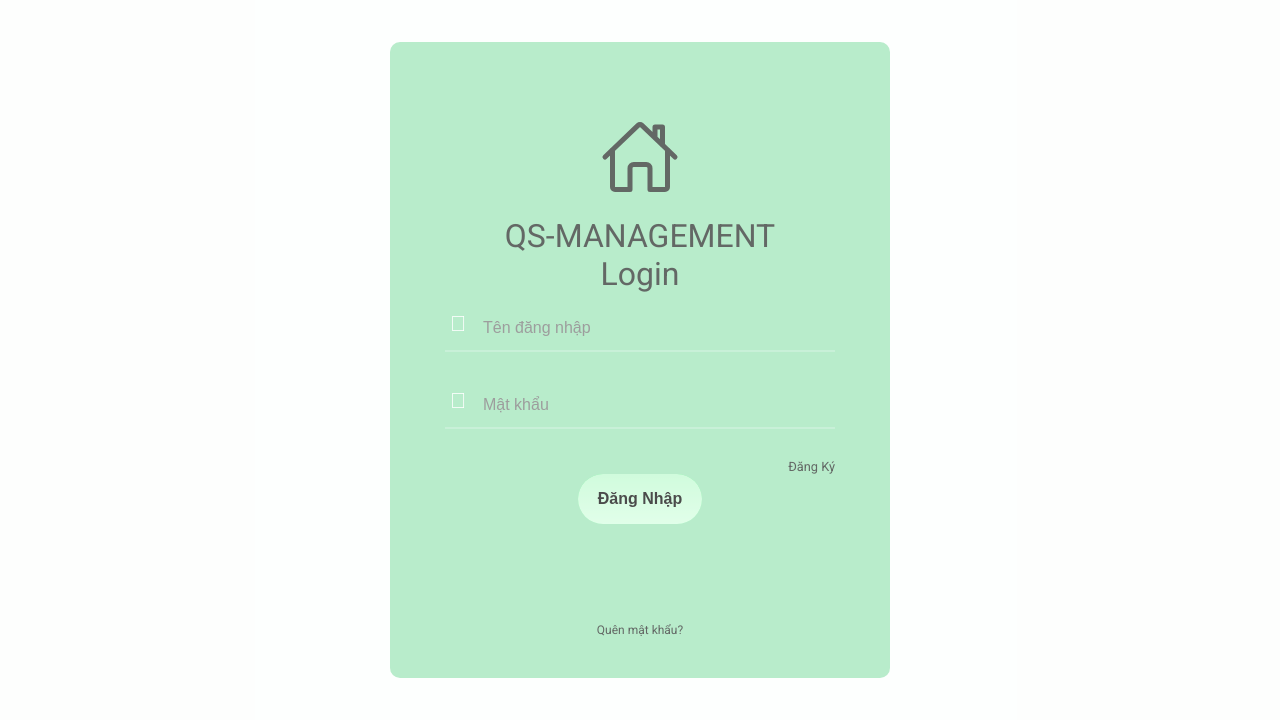
Repository: NguyenVietPhuQuy/Project2-login
Page: index.html
An editor plug-in stored every save of this project. The page is shown before and after the next save, followed by the edit.
The browser window is 1280 px wide. The pictures show the whole page.
The page's requests for data from a server got no answer. Some web libraries are served in a nearby version.

Above is the page before, as saved 2022-11-04 14:19:11.
Not found: admin/img/background.jpg

### index.html
<!DOCTYPE html>
<html lang="en">

<head>
    <meta charset="UTF-8">
    <meta http-equiv="X-UA-Compatible" content="IE=edge">
    <meta name="viewport" content="width=device-width, initial-scale=1.0">
    <title>HOANG KY MEMBERS</title>
    <!--css-->
    <link rel="stylesheet" href="css/login.css">
    <!--fontAwesome--->
    <link rel="stylesheet" href="https://cdnjs.cloudflare.com/ajax/libs/font-awesome/6.2.0/css/all.min.css"
        integrity="sha512-xh6O/CkQoPOWDdYTDqeRdPCVd1SpvCA9XXcUnZS2FmJNp1coAFzvtCN9BmamE+4aHK8yyUHUSCcJHgXloTyT2A=="
        crossorigin="anonymous" referrerpolicy="no-referrer" />
</head>

<body>
    <div class="login " id="login">
        <div class="container loginform">
            <div class="loginform__wrap">
                <form class="login-form">

                    <div class="loginform__logo">
                        <ion-icon name="home-outline"></ion-icon>
                    </div>

                    <header class="Loginform__header">
                        QS-MANAGEMENT<br /> Login
                    </header>

                    <div class="loginform__input">
                        <input class="input" type="text" name="username" placeholder="Tên đăng nhập" id="account__login">
                        <span class="focus-input" data-placeholder="&#xf071;"></span>
                        <span class="validate__login" id="validate__account" style="display: none;"></span>

                    </div>

                    <div class="loginform__input" data-validate="Enter password">
                        <input class="input" type="password" name="pass" placeholder="Mật khẩu" id="account__password">
                        <span class="focus-input" data-placeholder="&#xf200;"></span>
                        <span class="validate__login" id="validate__password" style="display: none;"></span>
                    </div>

                    <div class="loginform_signup" onclick="" id="register">
                        <p>Đăng Ký</p>
                    </div>

                    <div class="loginform_signin">
                        <button class="btn_signin" onclick="checkLogin()">
                            Đăng Nhập
                        </button>
                    </div>

                    <div class="text-center p-t-90">
                        <a href="#">
                            Quên mật khẩu?
                        </a>
                    </div>
                </form>
            </div>
            <!--================================  Modal ======================================-->
            <section class="modal__container section" id="modal-container">
                <div class="container">
                    <div class="modal">
                        <div class="modal__header">
                            <h2>Đăng kí tài khoản</h2>
                        </div>
                        <button class="modal__delete" id="closeModal"><i
                                class="fa-sharp fa-solid fa-circle-xmark"></i></button>
                        <div class="modal__body">
                            <form class="modal__form">

                                <div class="modal__input">
                                    <input class="input" type="text" name="" placeholder="Tên đăng nhập"
                                        id="modal__ID" style="display:none" >
                                    <span id="modal__spanID" style="display:none"></span>
                                </div>

                                <div class="modal__input">
                                    <input class="input" type="text" name="" placeholder="Tên đăng nhập"
                                        id="modal__account">
                                    <span class="focus-input" data-placeholder="&#xf071;"></span>
                                    <span id="modal__spanaccount" style="display:none"></span>
                                </div>

                                <div class="modal__input">
                                    <input class="input" type="password" name="" placeholder="Mật khẩu"
                                        id="modal__password">
                                    <span class="focus-input" data-placeholder="&#xf071;"></span>
                                    <span id="modal__spanpassword" style="display:none"></span>
                                </div>

                                <div class="modal__input">
                                    <input class="input" type="password" name="username" placeholder="Xác nhận mật khẩu"
                                        id="modal__repassword">
                                    <span class="focus-input" data-placeholder="&#xf071;"></span>
                                    <span id="modal__spanrepassword" style="display:none"></span>
                                </div>

                                <div class="modal__input">
                                    <input class="input" type="text" name="" placeholder="nhập Gmail"
                                        id="modal__gmail">
                                    <span class="focus-input" data-placeholder="&#xf071;"></span>
                                    <span id="modal__spangmail" style="display:none" ></span>
                                </div>
                            </form>
                            <div class="loginform_signin">
                                <button class="btn_signin " onclick="createMemberHK()">Đăng Kí</button>
                            </div>
                        </div>
                    </div>
                </div>
            </section>
        </div>
    </div>
    <script type="module" src="https://unpkg.com/ionicons@5.5.2/dist/ionicons/ionicons.esm.js"></script>
    <script nomodule src="https://unpkg.com/ionicons@5.5.2/dist/ionicons/ionicons.js"></script>
    <script src="https://cdnjs.cloudflare.com/ajax/libs/bootstrap/5.2.2/js/bootstrap.min.js"
        integrity="sha512-5BqtYqlWfJemW5+v+TZUs22uigI8tXeVah5S/1Z6qBLVO7gakAOtkOzUtgq6dsIo5c0NJdmGPs0H9I+2OHUHVQ=="
        crossorigin="anonymous" referrerpolicy="no-referrer"></script>
    <script src="https://cdnjs.cloudflare.com/ajax/libs/axios/1.1.3/axios.min.js"
        integrity="sha512-0qU9M9jfqPw6FKkPafM3gy2CBAvUWnYVOfNPDYKVuRTel1PrciTj+a9P3loJB+j0QmN2Y0JYQmkBBS8W+mbezg=="
        crossorigin="anonymous" referrerpolicy="no-referrer"></script>
    <script src="js/loginfunction.js"></script>
    <script src="js/login.js"></script>
</body>

</html>

### css/login.css
@import url('https://fonts.googleapis.com/css2?family=Roboto:wght@400;500;700&display=swap');

/** Variable-Css**/
:root {
    --header-height: 3rem;
    /*======= CoLors ========*/
    /*change favourite color*/

    --hue-color: 142;
    /*Purle 250 - Green 142 - Blue 230 -Pink 340*/
    --first-color: hsl(var(--hue-color), 69%, 61%);
    --first-color-second: hsl(var(--hue-color), 69%, 61%);
    --first-color-alt: hsl(var(--hue-color), 57%, 53%);
    --first-color-lighter: hsl(var(--hue-color), 92%, 85%);
    --title-color: hsl(var(--hue-color), 8%, 15%);
    --text-color: hsl(var(--hue-color), 8%, 85%);
    --text-color-light: hsl(var(--hue-color), 8%, 100%);
    --input-color: hsl(var(--hue-color), 70%, 96%);
    --body-color: hsl(var(--hue-color), 60%, 99%);
    --container-color: #fff;


    /*Font and typography*/
    --body-font: 'Roboto', sans-serif;

    /* .5rem=8px, 1rem=16px, 1.5rem=24px, 2rem=32px,.. */

    --big-font-size: 2rem;
    --h1-font-size: 1.5rem;
    --h2-font-size: 1.25rem;
    --h3-font-size: 1.125rem;
    --normal-font-size: .938rem;
    --small-font-size: .813rem;
    --smaller-font-size: .75rem;


    /*Font-Weight*/
    --font-medium: 500;
    --font-semi-bold: 600;

    /*Margin Bottom*/
    /* .5rem=8px, 1rem=16px, 1.5rem=24px, 2rem=32px,.. */
    --mb-0-25: .25rem;
    --mb-0-50: .5rem;
    --mb-0-75: .75rem;
    --mb-1: 1rem;
    --mb-1-5: 1.5rem;
    --mb-2: 2rem;
    --mb-2-5: 2.5rem;
    --mb-3: 3rem;
    /* Z-index*/
    --z-tooltip: 10;
    --z-fixed: 100;
    --z-modal: 1000;


}

/*Font Size for large devices*/
@media screen and(min-width:968px) {
    :root {
        --big-font-size: 3rem;
        --h1-font-size: 2.25rem;
        --h2-font-size: 1.5rem;
        --h3-font-size: 1.25rem;
        --normal-font-size: 1rem;
        --small-font-size: .875rem;
        --smaller-font-size: .813rem;
    }
}

/*BASE*/
* {
    box-sizing: border-box;
    padding: 0;
    margin: 0;
}

html {
    scroll-behavior: smooth;
}

body {
    margin: 0 auto;
    font-family: var(--body-font);
    font-size: var(--normal-font-size);
    background-color: var(--body-color);
    color: var(--text-color);
}

h1,
h2,
h3,
h4 {
    color: var(--title-color);
    font-weight: var(--font-semi-bold);
}

ul {
    list-style: none;
}

a {
    text-decoration: none;
}

img {
    max-width: 100%;
    height: auto;
}

/****================REUSABLE CSS CLASSES========================****/
.section {
    padding: 2rem 0 4rem;
}

.section__title {
    font-size: var(--h1-font-size);
}

.section__subtitle {
    display: block;
    font-size: var(--small-font-size);
    margin-bottom: var(--mb-3);
}

.section__title,
.section__subtitle {
    text-align: center;
}

/****========================LAYOUT=============================****/
.container {
    width: 1280px;
    margin: 0 auto;
}

.grid {
    display: grid;
    gap: 1.5rem;
}

.header {
    width: 100%;
    position: fixed;
    bottom: 0;
    left: 0;
    z-index: var(--z-fixed);
    background-color: var(--body-color);
}

/****========================LOGIN=============================****/
.login {
    width: 100%;
    margin: 0 auto;
}

.loginform {
    background-image: url(/admin/img/background.jpg);
    background-repeat: no-repeat;
    background-position: center;
    background-size: cover;
    position: relative;
    z-index: 1;
    width: 100%;
    min-height: 100vh;
    display: flex;
    flex-wrap: wrap;
    justify-content: center;
    align-items: center;
    padding: 15px;
    flex-direction: column;
}

.loginform:before {
    content: "";
    display: block;
    position: absolute;
    z-index: -1;
    width: 100%;
    height: 100%;
    top: 0;
    left: 0;
    background-color: rgba(255, 255, 255, 0.468);
}

.loginform__wrap {
    width: 500px;
    border-radius: 10px;
    overflow: hidden;
    padding: 55px 55px 37px 55px;
    color: var(--text-color);
    background: hsl(var(--hue-color), 57%, 75%);
    opacity: 0.7;

}

/* Form */

.loginform__logo {
    font-size: 5rem;
    align-items: center;
    justify-content: center;
    display: flex;
    width: 120px;
    height: 120px;
    border: 50%;
    margin: 0 auto;
    color: var(--title-color);
}

.Loginform__header {
    color: var(--title-color);
    font-size: 2rem;
    text-align: center;
    margin-bottom: var(--mb-0-75);
}

/*Input*/
.loginform__input {
    width: 100%;
    position: relative;
    border-bottom: 2px solid rgba(255, 255, 255, 0.24);
    margin-bottom: 30px;
}

.loginform__input .input {
    font-size: 1rem;
    color: var(--title-color);
    line-height: 1.2;
    display: block;
    width: 100%;
    height: 45px;
    background: transparent;
    padding: 0 5px 0 38px;
    border: none;
    outline: none;
}

.loginform__input .input:focus {
    padding-left: 5px;
    transition: 0.3s;
}

.focus-input {
    position: absolute;
    display: block;
    width: 100%;
    height: 100%;
    top: 0;
    left: 0;
    pointer-events: none;
}

.focus-input::before {
    content: "";
    display: block;
    position: absolute;
    bottom: -2px;
    left: 0;
    width: 0;
    height: 2px;
    transition: all 0.4s;
    background: #fff;
}

.focus-input::after {
    font-size: 22px;
    color: #fff;
    content: attr(data-placeholder);
    display: block;
    width: 100%;
    position: absolute;
    top: 6px;
    left: 0px;
    padding-left: 5px;
    transition: all 0.4s;
}

.input:focus+.focus-input::after {
    top: -22px;
    font-size: 18px;
}

.input:focus+.focus-input::before {
    width: 100%;
}

.loginform_signup {
    text-align: right;
    color: var(--title-color);
    font-size: 0.8rem;
    cursor: pointer;
}

.loginform_signup p:hover {
    color: var(--text-color-light);
    transition: all 0.4s;
}

.text-center {
    padding-top: 6rem;
    text-align: center;
    color: var(--title-color);
}

.loginform_signin {
    display: flex;
    justify-content: center;
    align-items: center;
}

.btn_signin {
    cursor: pointer;
    font-size: 1rem;
    display: flex;
    padding: 0 20px;
    min-width: 120px;
    height: 50px;
    border-radius: 25px;
    background: -webkit-linear-gradient(bottom, #75ff9c, #24ef5e);
    position: relative;
    z-index: 1;
    justify-content: center;
    align-items: center;
    transition: all 0.4s;
    border: none;
    font-weight: var(--font-semi-bold)
}

.btn_signin::before {
    content: "";
    display: block;
    position: absolute;
    z-index: -1;
    width: 100%;
    height: 100%;
    border-radius: 25px;
    background-color: #fff;
    top: 0;
    left: 0;
    opacity: 0.7;
    transition: all 0.4s;
}

.btn_signin:hover {
    color: var(--text-color-light);
}

.btn_signin:hover:before {
    opacity: 0;
}


/*button*/
a {
    font-size: 0.75rem;
    line-height: 1.7;
    color: var(--title-color);
    margin: 0px;
    transition: all 0.4s;
}

a:hover {
    color: var(--text-color-light);
}

/*=========================== Modal =====================================*/
.modal__container {
    height: 100vh;
    background-color: rgba(0, 0, 0, 0.5);
    width: 100%;
    position: fixed;
    top: 0;
    left: 0;
    justify-content: center;
    align-items: center;
    display: flex;
    opacity: 0;
    pointer-events: none;
    transition: all 0.4s;
}

.modal__active {
    opacity: 1;
    pointer-events: all;
}

.modal__transition {
    transition: 0.4s;
}

.modal {
    background: hsl(var(--hue-color), 57%, 70%);
    opacity: 1;
    width: 500px;
    position: relative;
    left: 50%;
    transform: translateX(-50%);
    border-radius: 10px;
    padding: 55px 55px 37px 55px;
}

.modal__header {
    color: var(--title-color);
    font-size: 1.5rem;
    text-align: center;
    padding-top: 1.5rem;
    padding-bottom: 1rem;

}

.modal .modal__delete {
    font-size: 1.5rem;
    display: inline-block;
    position: fixed;
    top: 10px;
    right: 10px;
    background-color: transparent;
    border: none;
    cursor: pointer;
}

.modal__delete i {
    color: var(--text-color-light);
    transition: all 0.4s;
}

.modal__delete i:hover {
    color: var(--title-color);
}

.modal__input {
    width: 100%;
    position: relative;
    border-bottom: 2px solid rgba(255, 255, 255, 0.24);
    margin-bottom: 30px;
}

.modal__input .input {
    font-size: 1rem;
    color: var(--title-color);
    line-height: 1.2;
    display: block;
    width: 100%;
    height: 45px;
    background: transparent;
    padding: 0 5px 0 38px;
    border: none;
    outline: none;
}
.modal__input .input:focus {
    padding-left: 5px;
    transition: 0.3s;
}

### js/loginfunction.js

var memberAccount = function (idHK, nameHK, passwordHK, emailHK) {
    this.id = idHK;
    this.nameMember = nameHK;
    this.passwordMember = passwordHK,
    this.emailMember = emailHK;
}
// }

### js/login.js
/**------------------------------- SHOW POP-UP -------------------------------**/
//Modal SHOW  DOM///
var modal = document.getElementById('modal-container')
var registerClick = document.getElementById('register');
var closeModal = document.getElementById('closeModal')

// //===Modal Show==//
if (registerClick) {
    registerClick.addEventListener('click', () => {
        modal.classList.add('modal__active')
        modal.classList.remove('modal__transition')
    })
}
// //==Modal hidden==//
if (closeModal) {
    closeModal.addEventListener('click', () => {
        modal.classList.remove('modal__active')
        modal.classList.add('modal__transition')
    })
}

/**------------------------------- Call API to get Data  -------------------------------**/

var account = [];
async function getAPImember() {
    await axios({
        url: `https://635205159d64d7c7130c9c5f.mockapi.io/members`,
        method: "GET",
    })
        .then(function (response) { account = mapData(response.data); console.log(account) })
        .catch(function (err) { console.log(err) });
}

function checkLogin() {
    accountCheck = document.getElementById('account__login').value;
    passwordCheck = document.getElementById('account__password').value;
    for (let i = 0; i < account.length; i++) {
        var list = account[i];
        if (accountCheck === list.nameMember && passwordCheck === list.passwordMember) { window.location.href = "https://project2-cyber-soft-qtk9.vercel.app/"; alert('successful login'); break }
        else {
            return alert('failed to login');
        }
    }
    // account.forEach(account => {
    //     if (account.nameMember === accountCheck && account.passwordMember === passwordCheck)
    //     {window.location.href = "../Index.html"; alert('suscess');}
    //     return
    // });
}

// nếu có data có phương thức thì xài mapData để chuyển từ string về lại value
function mapData(replaceList) {
    var replaceEmployee = []
    for (var i = 0; i < replaceList.length; i++) {
        var replace = replaceList[i]
        var result = new memberAccount(
            replace.idMember,
            replace.nameMember,
            replace.passwordMember,
            replace.emailMember,
        )
        replaceEmployee.push(result);
    }
    return replaceEmployee;
}


/**------------------------------- Register Account and request back to API to Back-End Data  -------------------------------**/

function createMemberHK() {
    let validate =validateForm();
    if(!validate) return;
    let idHK = document.getElementById('modal__ID').value;
    let accountHK = document.getElementById('modal__account').value;
    let passwordHK = document.getElementById('modal__password').value;
    let rePasswordHK = document.getElementById('modal__repassword').value;
    let emailHK = document.getElementById('modal__gmail').value;

    if (rePasswordHK === passwordHK) {
        var listAccount = new memberAccount(idHK,accountHK, passwordHK, emailHK);
        alert('Successful Register');
        account.push(listAccount);
        console.log(account);
    } else return alert("password is not match");

    var promise = axios({
        url: `https://635205159d64d7c7130c9c5f.mockapi.io/members`,
        method: "POST",
        data: listAccount,
    })
    promise.then(function (response) {console.log(response),getAPImember()})
    .catch(function (err) { console.log(err) })
}

/**------------------------------- VALIDATE-FORM---------------------------------**/

// --ValidateForm--//
function validateForm() {
    let isValid = true;
    //registar
    isValid &= require('modal__account', 'modal__spanaccount') && length('modal__account','modal__spanaccount',6,9) && patternName('modal__account','modal__spanaccount');
    isValid &= require('modal__password', 'modal__spanpassword') && patternPass('modal__password', 'modal__spanpassword');
    isValid &= require('modal__repassword', 'modal__spanrepassword') && patternPass('modal__repassword', 'modal__spanrepassword');
    isValid &= require('modal__gmail', 'modal__spangmail') && patternEmail('modal__gmail', 'modal__spangmail');
    return isValid;
}

// 1- tạo requirement

function require(id, span) {
    let idDiv = document.getElementById(id).value;
    let idSpan = document.getElementById(span);
    if (idDiv ==="") {
        idSpan.style.color = "red";
        idSpan.style.display = "inline-block";
        idSpan.innerHTML = "This field is required"
        return false;
    }
    idSpan.innerHTML = "";
    return true;
}
//2- tạo length

function length(id,span,min,max){
    let lengthID = document.getElementById(id).value;
    let lengthSpan = document.getElementById(span);
    if (lengthID.length<min || lengthID.length>max)
    {
        lengthSpan.style.color = "red";
        lengthSpan.style.display = "inline-block";
        lengthSpan.innerHTML = `Texts must be around ${min} to ${max}`
        return false;
    }
    lengthSpan.innerHTML = "";
    return true;
}


//3- tạo pattern

function patternName(id, span) {
    var spanAccount = document.getElementById(span);
    var result = document.getElementById(id).value;
    var pattern = /^[A-z/s]+$/g;
    if (pattern.test(result)) {
        spanAccount.innerHTML = ""
        return true;
    }
    spanAccount.style.color = "red";
    spanAccount.style.display = "inline-block";
    spanAccount.innerHTML = `*only word is accepted`;
    return false;
}

function patternPass(id,span){
    let patternID = document.getElementById(id).value;
    let patternSpan = document.getElementById(span);
    let pattern = /^(?=.*\d)(?=.*[a-z])(?=.*[A-Z])[0-9a-zA-Z]{6,10}$/g;
    if(pattern.test(patternID))
    {patternSpan.innerHTML =''
    return true;}
    patternSpan.style.color = "red";
    patternSpan.style.display = "inline-block";
    patternSpan.innerHTML = `*Need at least 1-Uppercase,1-number, limit from 6-10 words`;
    return false;
}

function patternEmail(id, span) {
    var spanAccount = document.getElementById(span);
    var result = document.getElementById(id).value;
    var pattern = /^\w+([\.-]?\w+)*@\w+([\.-]?\w+)*(\.\w{2,3})+$/g;
    if (pattern.test(result)) {
        spanAccount.innerHTML = ""
        return true;
    }
    spanAccount.style.color = "red";
    spanAccount.style.display = "inline-block";
    spanAccount.innerHTML = `*need form @gmail.com`;
    return false;
}

window.onload = function () {
    getAPImember()
};

After the next save:
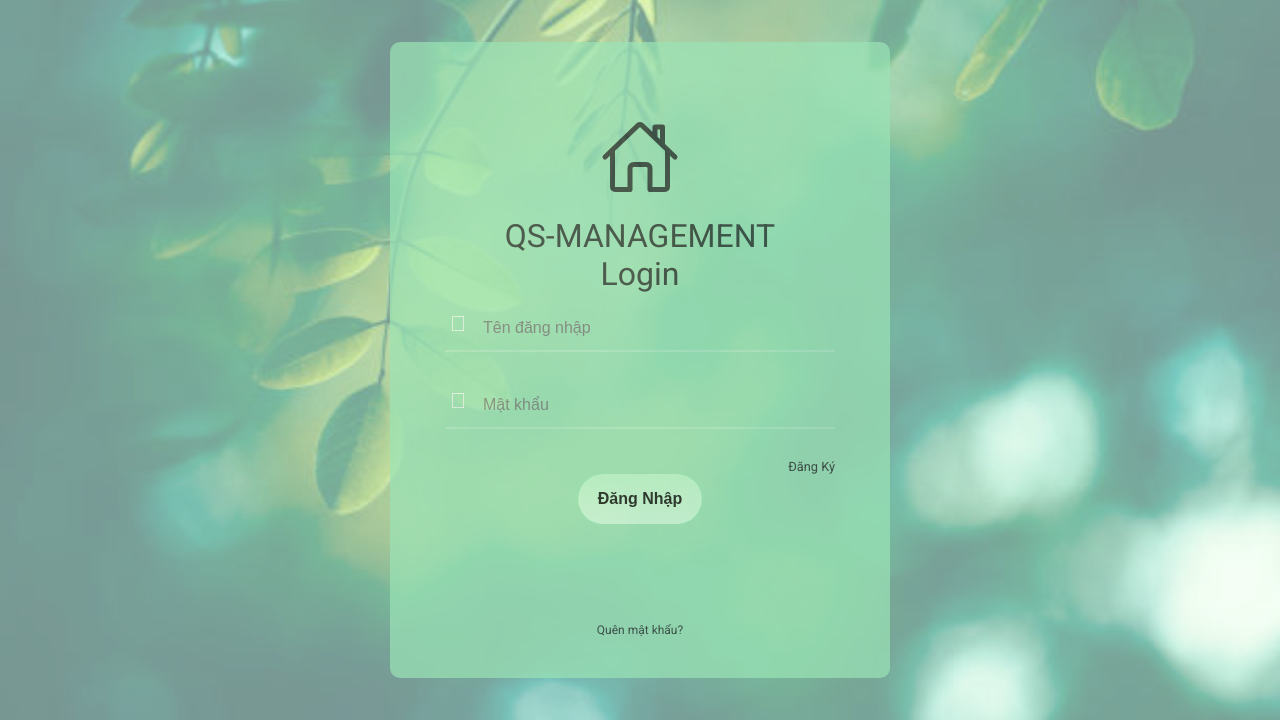
Saved 18 min 2 s later.
--- a/css/login.css
+++ b/css/login.css
@@ -156,7 +156,7 @@ img {
 }
 
 .loginform {
-    background-image: url(/admin/img/background.jpg);
+    background-image: url(/img/background.jpg);
     background-repeat: no-repeat;
     background-position: center;
     background-size: cover;
